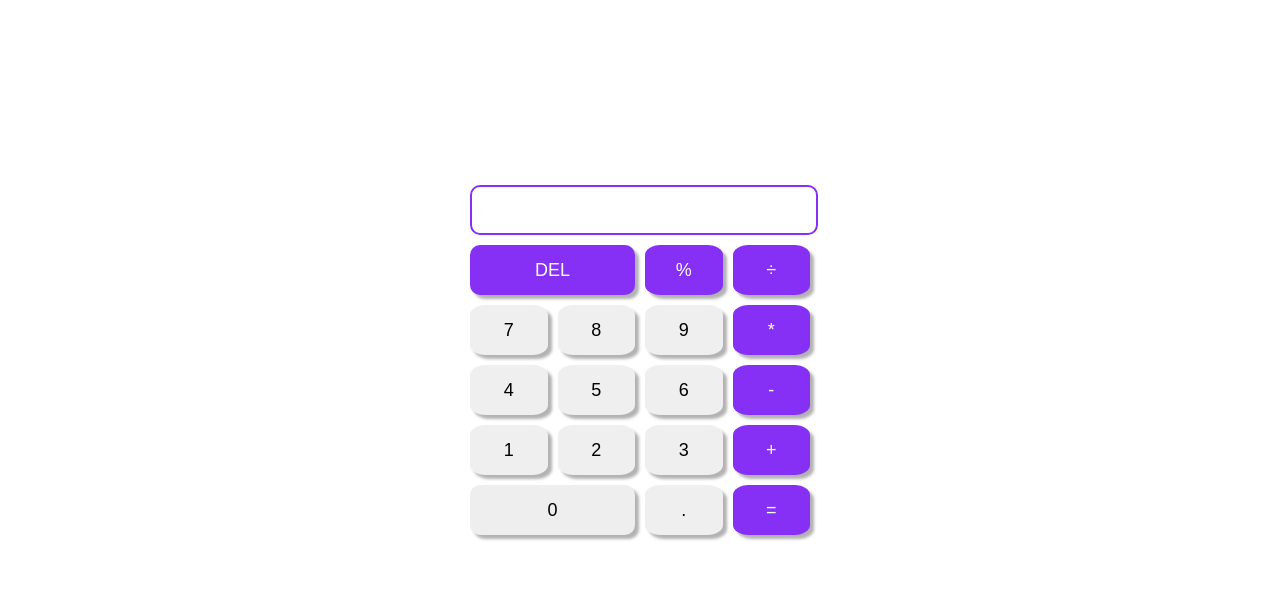
Repository: zlazlazla35/calculator
Page: /
An editor plug-in stored every save of this project. The page is shown before and after the next save, followed by the edit.
The browser window is 1280 px wide. The pictures show the whole page.
The project was rebuilt for these pictures with package versions that can differ from the ones it lists, and the page was loaded fresh each time.

Above is the page before, as saved 2024-10-15 16:37:39.

### public/index.html
<!DOCTYPE html>
<html lang="en">
  <head>
    <meta charset="utf-8" />
    <link rel="icon" href="%PUBLIC_URL%/favicon.png" />
    <meta name="viewport" content="width=device-width, initial-scale=1" />
    <meta name="theme-color" content="#000000" />
    <meta
      name="description"
      content="Web site created using create-react-app"
    />
    <link rel="apple-touch-icon" href="%PUBLIC_URL%/logo192.png" />
    <!--
      manifest.json provides metadata used when your web app is installed on a
      user's mobile device or desktop. See https://developers.google.com/web/fundamentals/web-app-manifest/
    -->
    <link rel="manifest" href="%PUBLIC_URL%/manifest.json" />
    <!--
      Notice the use of %PUBLIC_URL% in the tags above.
      It will be replaced with the URL of the `public` folder during the build.
      Only files inside the `public` folder can be referenced from the HTML.

      Unlike "/favicon.ico" or "favicon.ico", "%PUBLIC_URL%/favicon.ico" will
      work correctly both with client-side routing and a non-root public URL.
      Learn how to configure a non-root public URL by running `npm run build`.
    -->
    <title>계산기</title>
  </head>
  <body>
    <noscript>You need to enable JavaScript to run this app.</noscript>
    <div id="root"></div>
    <!--
      This HTML file is a template.
      If you open it directly in the browser, you will see an empty page.

      You can add webfonts, meta tags, or analytics to this file.
      The build step will place the bundled scripts into the <body> tag.

      To begin the development, run `npm start` or `yarn start`.
      To create a production bundle, use `npm run build` or `yarn build`.
    -->
  </body>
</html>

### src/App.js
import styled from "styled-components";
import './App.css';
import {  useEffect, useRef, useState } from 'react';

let Calculating = styled.div`
  width : 100%;
  margin : 0 auto;
`

let Btnbox = styled.div`
  width : 100%
  background-color: #fff;
  font-size : 18px;
  border-radius: 35%;
  display: grid;
  grid-template-columns: repeat(4, 1fr);
  gap : 10px 10px;
`

let Btn = styled.button`
  width : 100%;
  background-color: ${ props => props.bg };
  color : ${props =>  props.bg == '#8630f5' ? '#fff' :  '#000'  };
  font-size : 18px;
  border-radius: 20%;
  height : 50px;
  border: none;
  box-shadow:4px 4px 3px rgba(0, 0, 0, 0.3);

`

let ZeroBtn = styled.button`
  width : 100%;
  background-color: #eee;
  font-size : 18px;
  border-radius: 10px;
  height : 50px;
  border: none;
  box-shadow:4px 4px 3px rgba(0, 0, 0, 0.3);
  transition-duration: 0.3s;
  grid-column: 1/3;
`




function App() {

  const [num, setNum] = useState("");
  const [afterNum, setAfterNum] = useState("");

  const [oper, setOper] = useState("");
  const [oper2, setOper2] = useState(false);
  const output = useRef();
  const active = `active`



  const getNum = (e)=>{
    if(oper2 == false){
      setNum( (prev) => prev + e.target.value );
    }

    if(oper2 == true){
      setAfterNum( (prev) => prev + e.target.value  )
    }

    click(e.target )
  }

  const getOper = (e)=>{
    setOper( () => e.target.value );
    setOper2(true);

      calResult();
      click(e.target )
  }


  const calResult = ()=>{
    switch(oper){
      case '+':
        let result = num
        result =  Number(num) + Number(afterNum)
        setNum(result);
        setAfterNum("")
        break;

      case '-':
        let result2 = num
        result2 =  Number(num) - Number(afterNum)
        setNum(result2)
        setAfterNum("")
        break;

      case '*':
        let result3 = num
        result3 =  Number(num) * Number(afterNum)
        setNum(result3)
        setAfterNum("")
        break;

      case '÷':
        let result4 = num
        result4 =  Number(num) / Number(afterNum)
        setNum(result4)
        setAfterNum("")
        break;

    }

  }


  useEffect(()=>{
    if(oper == "="){
      setOper("")
    }if(oper == "del"){
      setNum("");
      setAfterNum("");
      setOper("");
      setOper2(false);
      output.current.style.color = '#fff'
    }else{
            output.current.style.color = '#232323'
    }
  }, [oper])



  // useEffect(()=>{
  //   console.log(output.current)
  // }, [output])

  function click(a){
    a.classList.add(active);

    setTimeout(()=>{
      a.classList.remove(active);
    }, 100)
  }


  return (
    <div className="App">
      <div className="contents">
        <Calculating>
            <input className="output" ref={output} value={ num + oper  + afterNum  }/>
          <Btnbox>
            {/* <Btn value='ac' onClick={getOper} bg="#8630f5">AC</Btn> */}
            <Btn value='del' style={{gridColumn : '1/3', borderRadius : '10px'}} onClick={getOper} bg="#8630f5">DEL</Btn>
            <Btn value='%' onClick={getOper} bg="#8630f5">%</Btn>
            <Btn value='÷' onClick={getOper} bg="#8630f5">÷</Btn>
            <Btn value={7} onClick={getNum}>7</Btn>
            <Btn value={8} onClick={getNum}>8</Btn>
            <Btn value={9} onClick={getNum}>9</Btn>
            <Btn value='*' onClick={getOper}  bg="#8630f5">*</Btn>
            <Btn value={4} onClick={getNum}>4</Btn>
            <Btn value={5} onClick={getNum}>5</Btn>
            <Btn value={6} onClick={getNum}>6</Btn>
            <Btn value='-'  onClick={getOper}  bg="#8630f5">-</Btn>
            <Btn value={1} onClick={getNum}>1</Btn>
            <Btn value={2} onClick={getNum}>2</Btn>
            <Btn value={3} onClick={getNum}>3</Btn>
            <Btn value="+"  onClick={getOper} bg="#8630f5">+</Btn>
            <ZeroBtn value={0} onClick={getNum}>0</ZeroBtn>
            <Btn value='.' onClick={getNum}>.</Btn>
            <Btn value='='  onClick={getOper} bg="#8630f5"> =</Btn>
          </Btnbox>
        </Calculating>
      </div>
    </div>
  );
}

export default App;

// 버튼 클릭시 그 버튼한테 active 클레스명 잠깐 붙였다가 떼어주기

### src/App.css
.App {
  text-align: center;
}

.App-logo {
  height: 40vmin;
  pointer-events: none;
}

@media (prefers-reduced-motion: no-preference) {
  .App-logo {
    animation: App-logo-spin infinite 20s linear;
  }
}

.App-header {
  background-color: #282c34;
  min-height: 100vh;
  display: flex;
  flex-direction: column;
  align-items: center;
  justify-content: center;
  font-size: calc(10px + 2vmin);
  color: white;
}

.App-link {
  color: #61dafb;
}

@keyframes App-logo-spin {
  from {
    transform: rotate(0deg);
  }
  to {
    transform: rotate(360deg);
  }
}
.App {width: 100%; height: 100vh; display: flex; align-items: center; justify-content: center;}
.contents {width: 100%; max-width: 400px; background: b6a0ff;box-sizing: border-box;padding: 30px; border-radius: 10px;}
input {width: 100%; height: 44px; margin-bottom: 10px; border: 2px solid #8630f5; border-radius: 10px;}
input:focus {outline: #8630f5; }
.active { box-shadow: 2px 2px 1px rgba(0, 0, 0, 0.3) !important; border: 2px solid #232323; }

Loaded but not shown: src/index.js (common file); src/index.css (common file); src/reportWebVitals.js (common file)

After the next save:
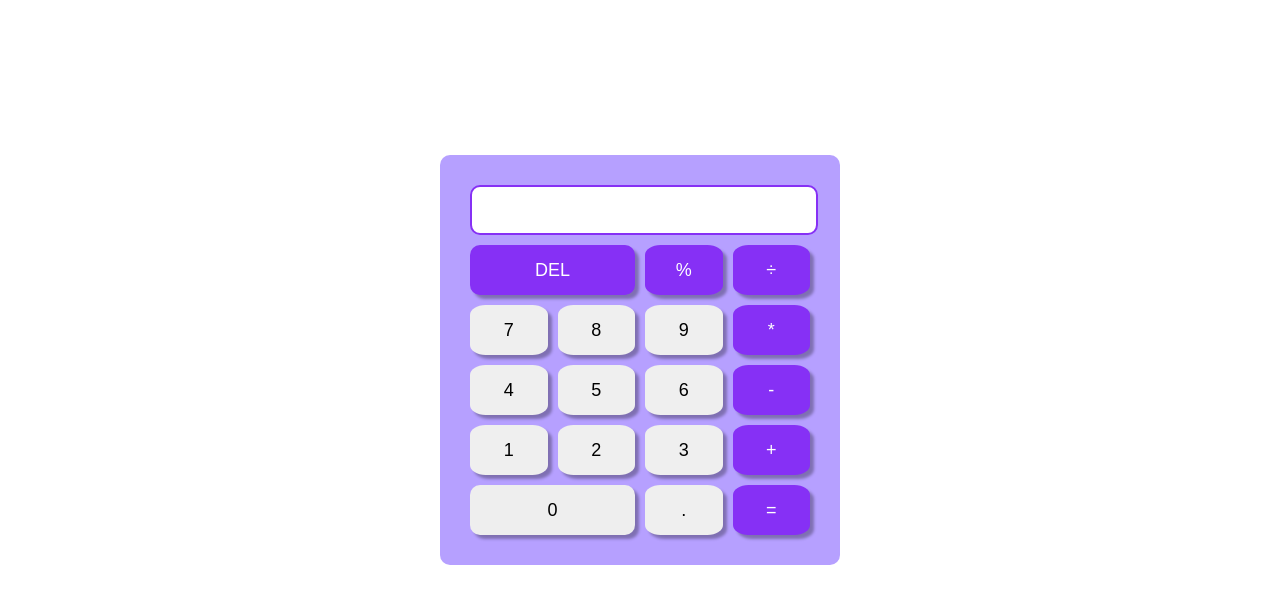
Saved 4 s later.
--- a/src/App.css
+++ b/src/App.css
@@ -37,7 +37,7 @@
   }
 }
 .App {width: 100%; height: 100vh; display: flex; align-items: center; justify-content: center;}
-.contents {width: 100%; max-width: 400px; background: b6a0ff;box-sizing: border-box;padding: 30px; border-radius: 10px;}
+.contents {width: 100%; max-width: 400px; background: #b6a0ff;box-sizing: border-box;padding: 30px; border-radius: 10px;}
 input {width: 100%; height: 44px; margin-bottom: 10px; border: 2px solid #8630f5; border-radius: 10px;}
 input:focus {outline: #8630f5; }
 .active { box-shadow: 2px 2px 1px rgba(0, 0, 0, 0.3) !important; border: 2px solid #232323; }
